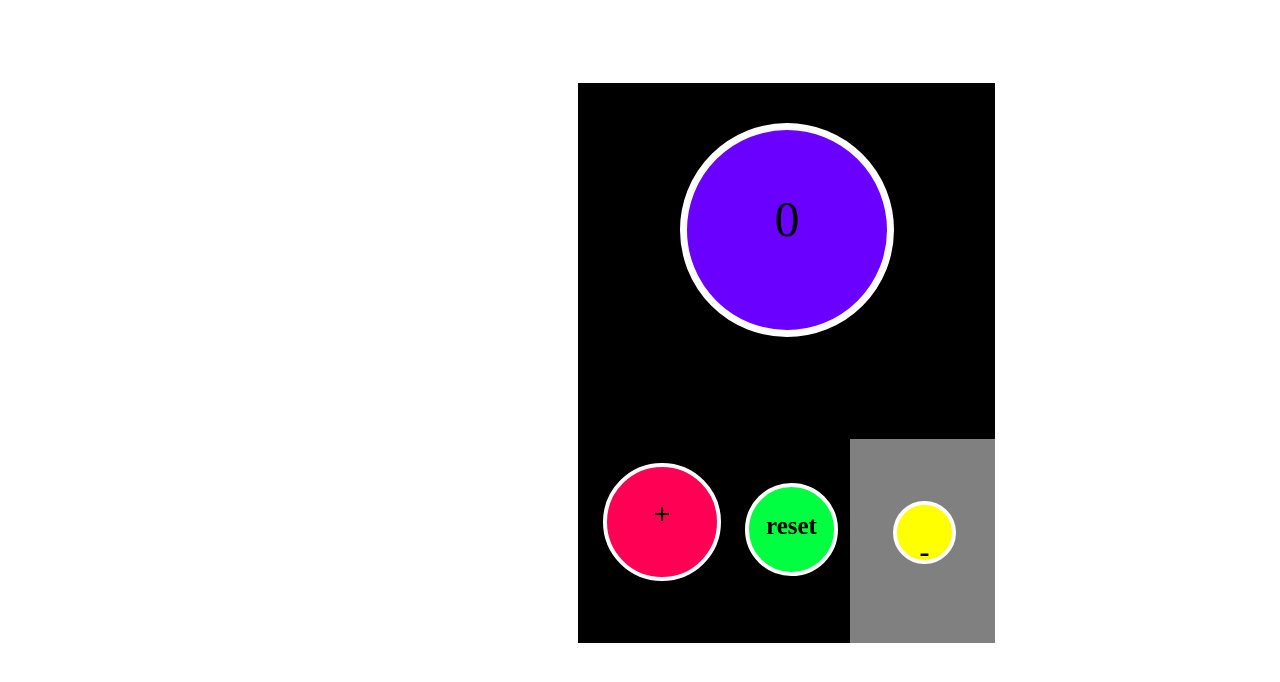
Repository: sara55m/Counter_App
Page: index.html
The author's editor kept a copy of each file at every save. The page is drawn from the files as they stood at one save, then again after the next save.
The browser window is 1280 px wide. The pictures show the whole page.

Above is the page before, as saved 2024-07-31 18:15:53.

After the next save:
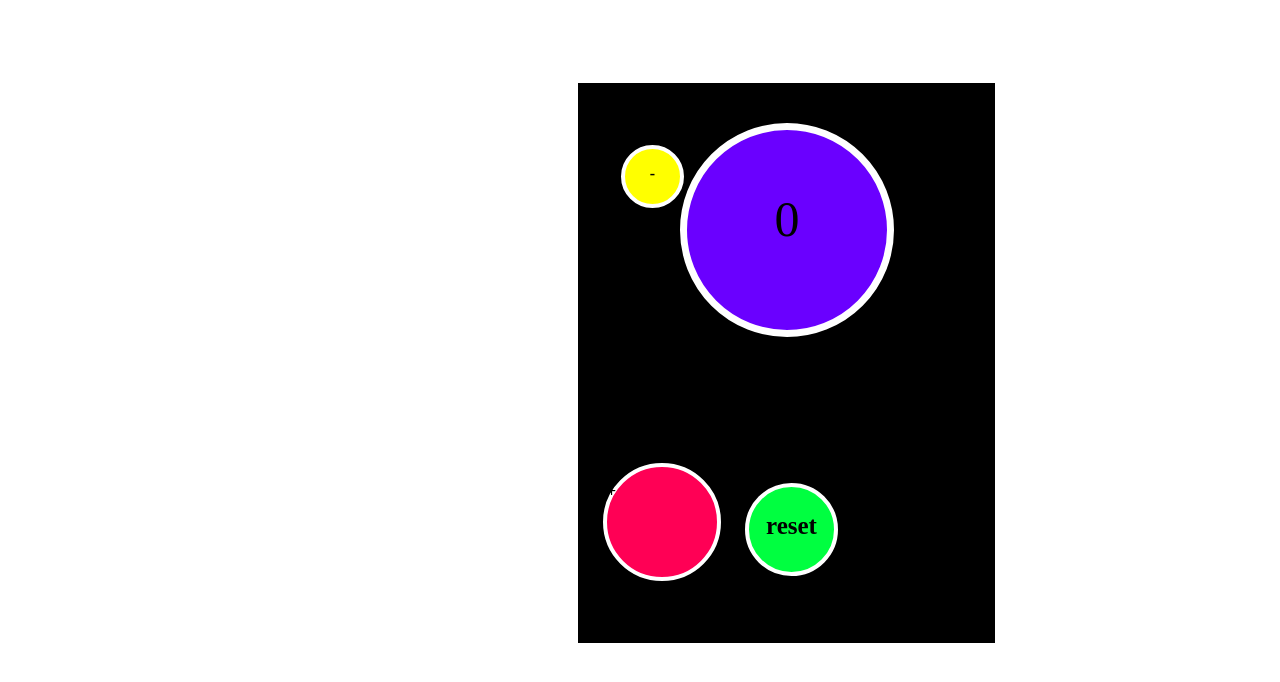
Saved 81 s later.
--- a/css/style.css
+++ b/css/style.css
@@ -38,9 +38,9 @@ p.one{
     border:4px solid white;
     font-weight: bolder;
 }
-p.first,p.second{
+/*p.first,p.second{
     font-size: 30px;
-    text-align: center;
+    text-align: center;*/
 }
 .decrease{
     position:absolute;

After the save that followed:
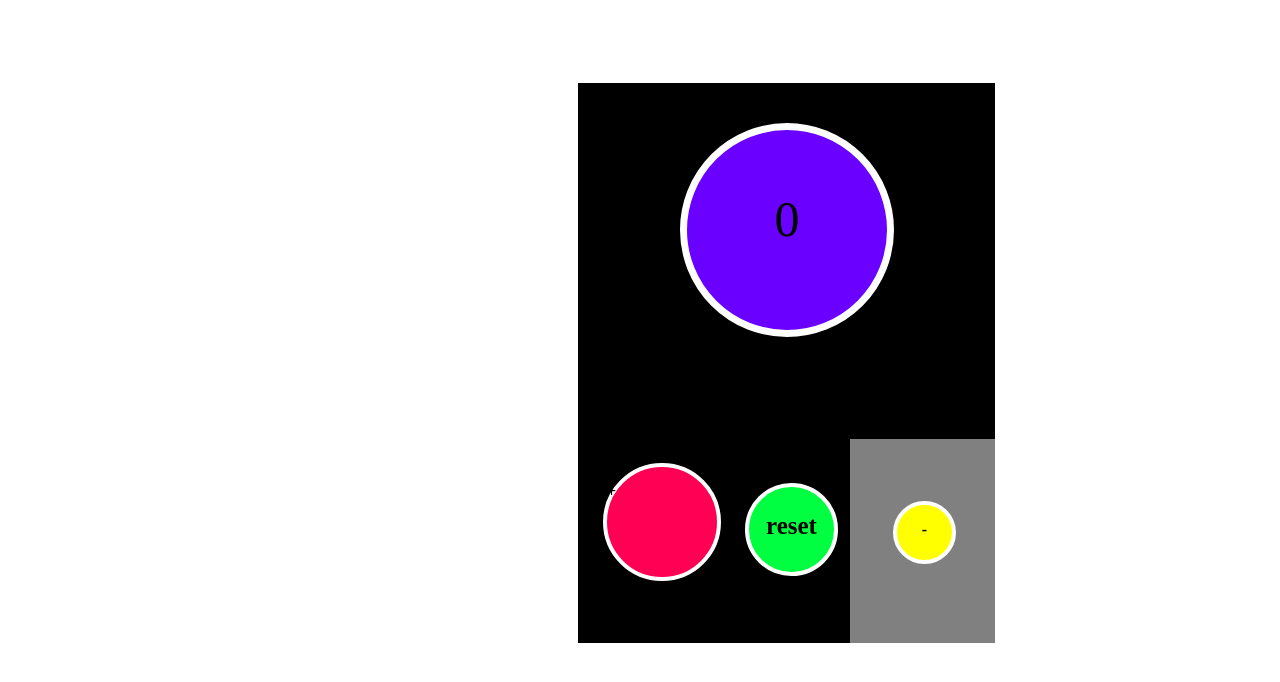
Saved 6 s later.
--- a/css/style.css
+++ b/css/style.css
@@ -40,8 +40,8 @@ p.one{
 }
 /*p.first,p.second{
     font-size: 30px;
-    text-align: center;*/
-}
+    text-align: center;
+}*/
 .decrease{
     position:absolute;
     top:356px;
